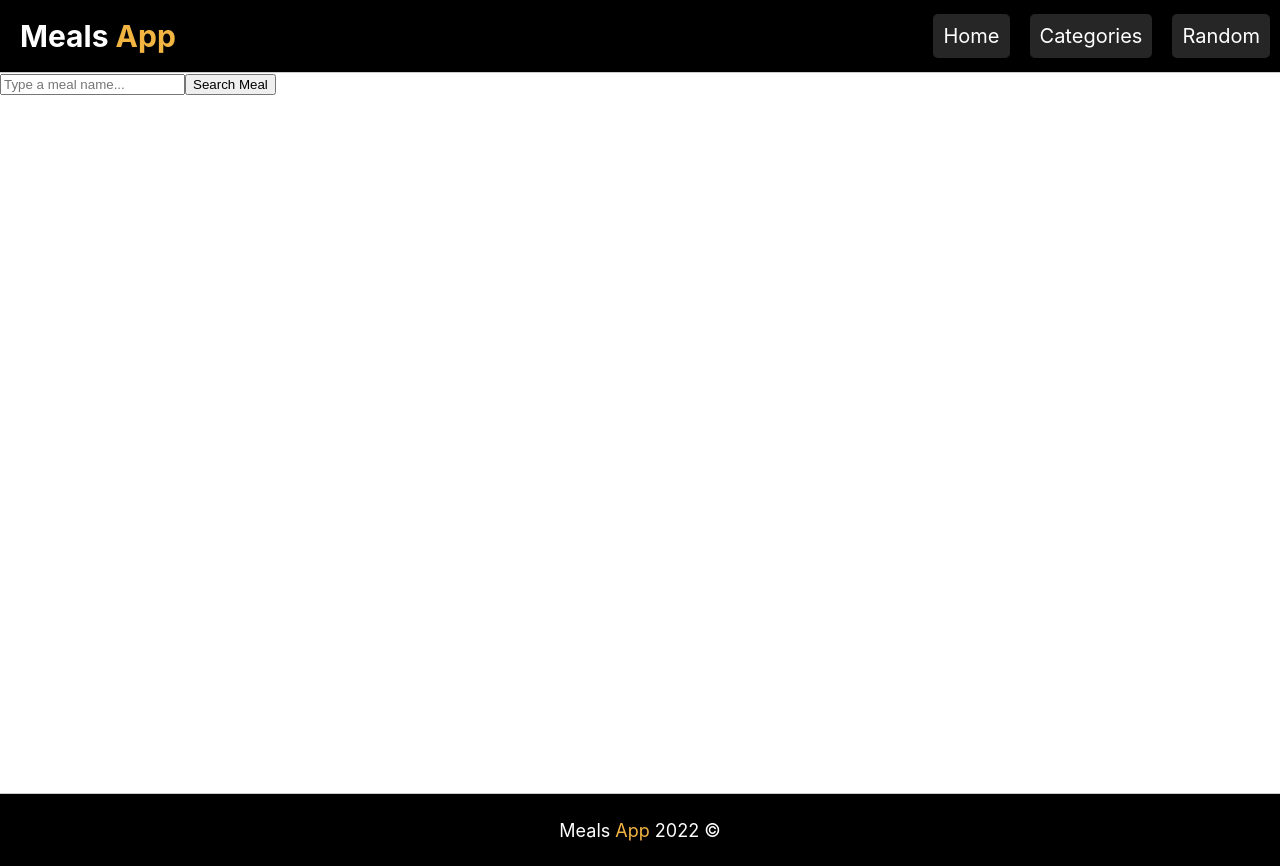
Repository: Shahriddinov/Meals
Page: /
These files come from the project's save history. The page is drawn as it stood at one moment and after the next save; the edit follows.
The browser window is 1280 px wide. The pictures show the whole page.
The project was rebuilt for these pictures with package versions that can differ from the ones it lists, and the page was loaded fresh each time. Also part of the build but not shown: src/components/Categories/Categories.js, src/components/RandomMeal/RandomMeal.js.

Above is the page before, as saved 2022-03-21 18:18:15.

After the next save:
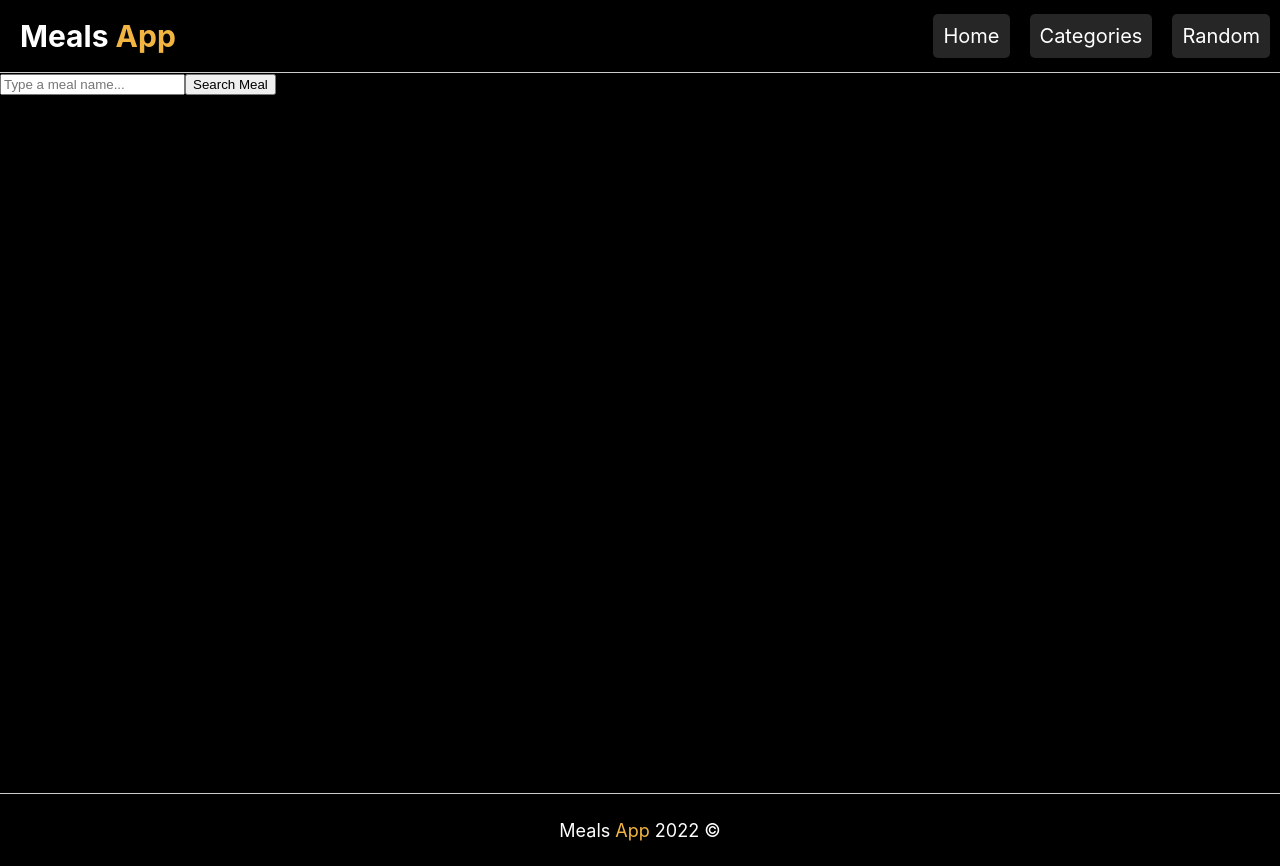
Saved 105 s later.
--- a/src/components/HomePage/HomePage.scss
+++ b/src/components/HomePage/HomePage.scss
@@ -1,4 +1,7 @@
 .home {
   min-height: 100vh;
   height: auto;
+  background: #000000;
+  color: #fff;
+  width: 100%;
 }
